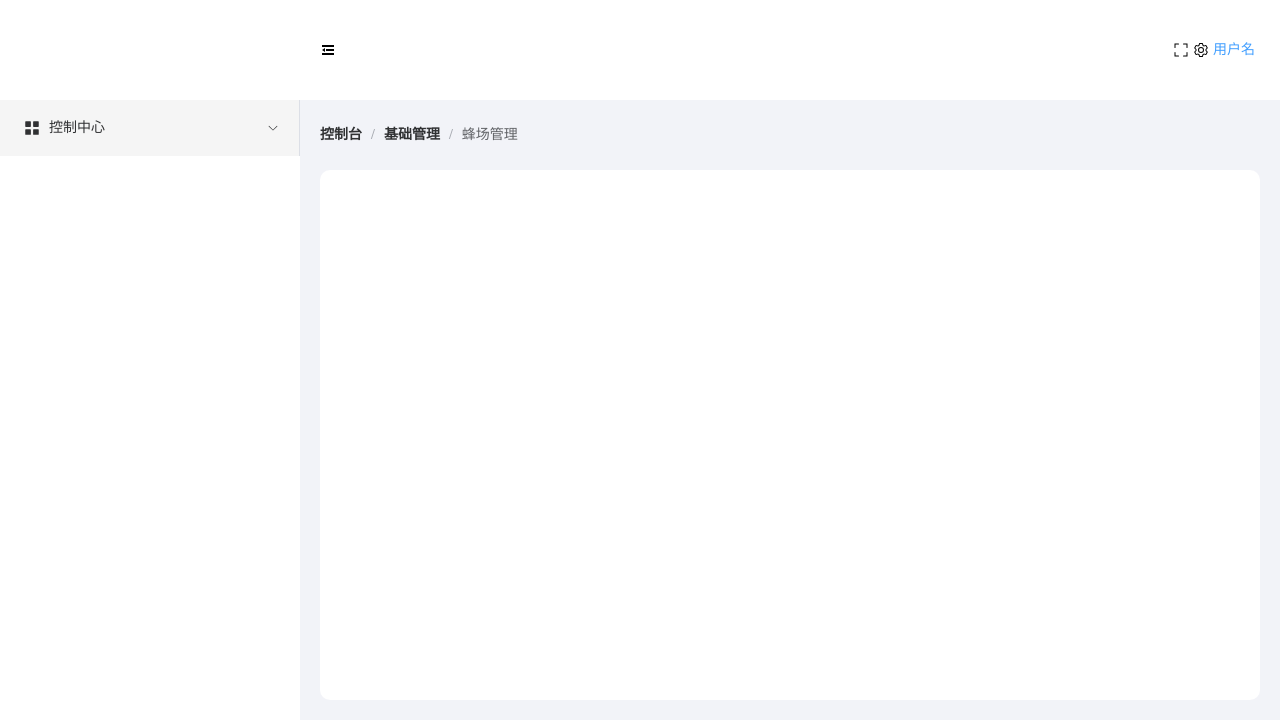
Repository: secret47/test-office-demo
Page: /dashboard
An editor plug-in stored every save of this project. The page is shown before and after the next save, followed by the edit.
The browser window is 1280 px wide. The pictures show the whole page.
The project was rebuilt for these pictures with package versions that can differ from the ones it lists, and the page was loaded fresh each time. Also part of the build but not shown: vite.config.js.

Above is the page before, as saved 2024-10-31 16:03:15.

### src/main.js
import { createApp } from 'vue'
import '@/style/main.scss'
import App from './App.vue'
import router from './router'

import lang from "./local"

import { pinia } from "./store"

import ElementPlus from "element-plus";
import 'element-plus/dist/index.css'
import * as ElementPlusIconsVue from '@element-plus/icons-vue'

const app = createApp(App);

for (const [key, component] of Object.entries(ElementPlusIconsVue)) {
    app.component(key, component)
}

app.use(lang)
app.use(ElementPlus)
app.use(router)
app.use(pinia)
app.mount('#app')

### src/style/main.scss
* {
    padding: 0;
    margin: 0;
}

html,
body {
    width: 100%;
    height: 100%;
    background: #ffffff;
}

#app {
    width: 100%;
    height: 100%;
}

.main-container {
    width: 100%;
    height: 100%;
}

//顶部搜索
.searchBox {
    width: calc(95% - 30px);
    height: 70px;
    margin: 0 auto;
    padding: 15px;
    display: flex;
    flex-direction: column;
    justify-content: center;

    .new {
        width: 130px;
    }
    .item{
        width:350px;
    }
}

.list {
    width: 95%;
    height: calc(100% - 100px);
    margin: 0 auto;

    .tables {
        width: 100%;
        height: calc(100% - 50px);
    }

    .pages {
        width: 100%;
        height: 50px;
        display: flex;
        flex-direction: column;
        justify-content: center;

    }
}

### src/App.vue
<template>
  <!-- <div> -->
    <router-view />
  <!-- </div> -->
</template>

### src/router/index.js
import { createRouter, createWebHistory } from 'vue-router'
import layouts from "../layouts/index.vue"

const routes = [
    {
        path: '/login',
        name: 'Login',
        component: () => import('@/views/login.vue'),
    },
    // 其他路由...
    {
        path: "/dashboard",
        name: "Dashboard",
        component: layouts,
        meta: {
            title: "控制中心"
        },
        children: [
            {
                path: "basic",
                name: "Basic",
                meta: {
                    title: "基础管理"
                },
                component: () => import("@/views/dashboard/basic/index.vue"),
                children: [
                    {
                        path: "farm",
                        name: "farm",
                        meta: {
                            title: "蜂场管理"
                        },
                        component: () => import("@/views/dashboard/basic/farm/index.vue"),
                    }
                ]

            },
            {
                path: "adopt",
                name: "Adopt",
                meta: {
                    title: "认养管理"
                },
                component: () => import("@/views/dashboard/adopt/index.vue"),
                children: [
                    {
                        path: "price",
                        name: "Price",
                        meta: {
                            title: "价格管理"
                        },
                        component: () => import("@/views/dashboard/adopt/price/index.vue"),
                    }
                ]
            },
            {
                path:"order",
                name: "Order",
                meta:{
                    title: "订单管理"
                },
                component: () => import("@/views/dashboard/order/index.vue"),
                children:[
                    {
                        path: "list",
                        name: "OrderList",
                        meta: {
                            title: "订单列表"
                        },
                        component: () => import("@/views/dashboard/order/list/index.vue"),
                    }
                ]
            },
            {
                path: "user",
                name: "User",
                meta: {
                    title: "用户管理"
                },
                component: () => import("@/views/dashboard/user/index.vue"),
            },

        ]
    }
]

const router = createRouter({
    history: createWebHistory(),
    routes
})

export default router

### src/local/index.js
import { createI18n } from "vue-i18n";

import message from "./language"
const i18n = createI18n({
    locale: "zh",
    fallbackLocale: "zh",
    messages: message
})

export default i18n;

### src/store/index.js
import { createPinia } from "pinia";
import { useAppStore } from "./module/app";

const pinia = createPinia();
const appStore = useAppStore(pinia);


export {
    pinia,
    appStore
}

### src/layouts/index.vue
<template>
    <div class="layout">
        <el-container>
            <el-aside class="side">
                <div class="logo"></div>
                <MenuComponent/>
            </el-aside>
            <el-container class="container">
                <el-header>
                    <HeaderComponent></HeaderComponent>
                </el-header>
                <el-main>
                    <div class="bread">
                        <el-breadcrumb separator="/">
                            <el-breadcrumb-item :to="{ path: '/' }">控制台</el-breadcrumb-item>
                            <el-breadcrumb-item><a href="/">基础管理</a></el-breadcrumb-item>
                            <el-breadcrumb-item>蜂场管理</el-breadcrumb-item>
                        </el-breadcrumb>
                    </div>
                    <div class="main">
                        <router-view></router-view>
                    </div>
                </el-main>
            </el-container>
        </el-container>
    </div>
</template>

<script setup>
import MenuComponent from "./components/menu.vue"
import HeaderComponent from "./components/header.vue"
import { ref } from 'vue';
const isCollapse = ref(false);

const menuRef = ref(null);
const toggleCollapse = () => {
    isCollapse.value = !isCollapse.value;
};
</script>

<style lang="scss" scoped>
.layout {
    width: 100%;
    height: 100%;

    .el-container {
        width: 100%;
        height: 100%;
    }

    .side {
        height: 100%;
        transition: width 0.3s;
        .logo {
            width: 100%;
            height: 100px;
        }
    }

    .container {
        height: 100%;

        .el-header {
            width: 100%;
            height: 100px;
            background: #ffffff;
        }

        .el-main {
            background: #F2F3F8;
            padding-top: 0;
            .bread {
                width: 100%;
                height: 70px;
                display: flex;
                flex-direction: column;
                justify-content: center;
            }

            .main {
                width: 100%;
                height: calc(100% - 70px);
                background: #ffffff;
                border-radius: 10px;
            }
        }
    }
}
</style>

### src/local/language/index.js
import zh from "./zh"
import en from "./en"

export default {
    ...en,
    ...zh
}

### src/store/module/app.js
import { defineStore } from "pinia"

export const useAppStore = defineStore('app',{
    state:()=>({
        isMenuCollapsed: false,
        sidebarWidth:300
    }),
    actions:{
        toggleMenu(){

            this.isMenuCollapsed = !this.isMenuCollapsed
            if(this.isMenuCollapsed){
                console.log("收缩")
                this.sidebarWidth = 60
            }else{
                console.log("展开")
                this.sidebarWidth = 300;
            }
        }
    }
})

### src/layouts/components/menu.vue
<template>
    <el-menu class="menu" :collapse="appStore.isMenuCollapsed" :style="{ width: appStore.sidebarWidth + 'px' }">
        <!-- 遍历一级路由，筛选出有子路由且meta中有title的路由作为侧边栏一级菜单 -->
        <el-sub-menu :index="item.name" v-for="(item, index) in filteredRoutes" :key="item.name">
            <template #title>
                <MenuTitle :text="item.meta.title" />
            </template>
            <!-- 遍历一级路由的子路由，作为侧边栏二级菜单 -->
            <el-menu-item :index="subItem.name" v-for="(subItem, subIndex) in item.children" :key="subItem.name">
                <template #title>
                    <MenuTitle :text="subItem.meta.title" />
                </template>
            </el-menu-item>
        </el-sub-menu>
    </el-menu>
</template>

<script setup>
import { ref } from "vue";
import { useAppStore } from '@/store/module/app';
import MenuTitle from './MenuTitle.vue';
import { useRouter, useRoute } from 'vue-router';

const appStore = useAppStore();
const router = useRouter();

// 筛选出需要在侧边栏显示的一级路由（有子路由且meta中有title）
const filteredRoutes = ref(router.options.routes.filter(route => route.children && route.children.length > 0 && route.meta && route.meta.title));

console.log(router.options);
</script>

<style lang="scss" scoped>
.menu {
    background-color: #f5f5f5;
    transition: width 0.3s ease;
}

.menu.collapsed {
    border-right: 0;
    justify-content: center;
}
</style>

### src/layouts/components/header.vue
<template>
    <div class="header">
        <div class="collapseIcon">
            <el-icon style="cursor: pointer;" @click="toggleMenu">
                <Expand v-if="appStore.isMenuCollapsed" />
                <Fold v-else />

            </el-icon>
        </div>
        <div class="user">
            <el-icon>
                <FullScreen />
            </el-icon>
            &nbsp;
            <el-icon>
                <Setting />
            </el-icon>
            &nbsp;
            <el-dropdown trigger="click" @command="handleCommand">
                <span class="el-dropdown-link">
                    <i class="el-icon-user"></i>
                    {{ username }}
                    <i class="el-icon-arrow-down el-icon--right"></i>
                </span>
                <template #dropdown>
                    <el-dropdown-menu>
                        <el-dropdown-item command="userCenter">个人中心</el-dropdown-item>
                        <el-dropdown-item command="logout">退出登录</el-dropdown-item>
                    </el-dropdown-menu>
                </template>
            </el-dropdown>

        </div>
    </div>
</template>

<script setup>
import { ref } from 'vue';
import { ElMessage } from 'element-plus';
import { useAppStore } from '@/store/module/app';


const username = ref('用户名'); // 这里应该从后端获取真实的用户名

const appStore = useAppStore();


const toggleMenu = () => {
    console.log(appStore, "---")
    appStore.toggleMenu();
};

const handleCommand = (command) => {
    if (command === 'logout') {
        // 执行退出操作
        ElMessage.success('退出成功');
        // 这里可以添加跳转到登录页面的逻辑
    } else if (command === 'userCenter') {
        // 跳转到个人中心页面
        ElMessage.info('跳转到个人中心');
        // 这里可以添加跳转逻辑
    }
};
</script>

<style lang="scss" scoped>
.header {
    display: flex;
}

.el-dropdown-link {
    cursor: pointer;
    color: #409EFF;
}


.collapseIcon {
    width: 100px;
    height: 100px;
    display: flex;
    // justify-content: center;
    /* 水平居中 */
    align-items: center;
    /* 垂直居中 */
}

.user {
    margin-left: auto;
    display: flex;
    /* 水平居中 */
    align-items: center;
}
</style>

### src/local/language/zh.js
export default{
    zh:{
        title:"后台管理系统",
        login:"登录",
        username:"用户名",
        password:"密码",
        remember:"记住密码",
        forget:"忘记密码",
        save:"保存",
        confirm:"确定",
        cancel:"取消",
        delete:"删除",
        show:"查看",
        open:"打开",
        usernameRull:"请输入用户名",
        passwordRull:"请输入密码"
    }
}

### src/local/language/en.js
export default {
    en: {
        title: "system management",
        usernameRull: "Please enter your username",
        passwordRull: "Please enter your password"
    }
}

### src/layouts/components/MenuTitle.vue
<template>
    <span class="menu-title">
        <el-icon class="menu-icon"><icon-menu /></el-icon>
        <span v-if="!isCollapsed">{{ text }}</span>
    </span>
</template>

<script setup>
import { Menu as IconMenu } from '@element-plus/icons-vue';
import { useAppStore } from '@/store/module/app';
import { computed } from "vue"


const { isMenuCollapsed } = useAppStore();
const props = defineProps({
    text: {
        type: String,
        required: true
    }
});

const isCollapsed = computed(() => isMenuCollapsed.value);
</script>

<style scoped>
.menu-title {
    display: flex;
    align-items: center;
}

.menu-icon {
    min-width: 20px;
    /* 根据图标实际大小调整，确保收缩时图标能完整显示 */
    margin-right: 5px;
    /* 图标与文字之间的间距，可根据需求调整 */
}

/* 侧边栏收缩时的样式调整 */
.menu-title.collapsed {
    justify-content: center;
    /* 让图标在收缩状态下水平居中 */
}
</style>

Loaded but not shown: index.html (common file)

After the next save:
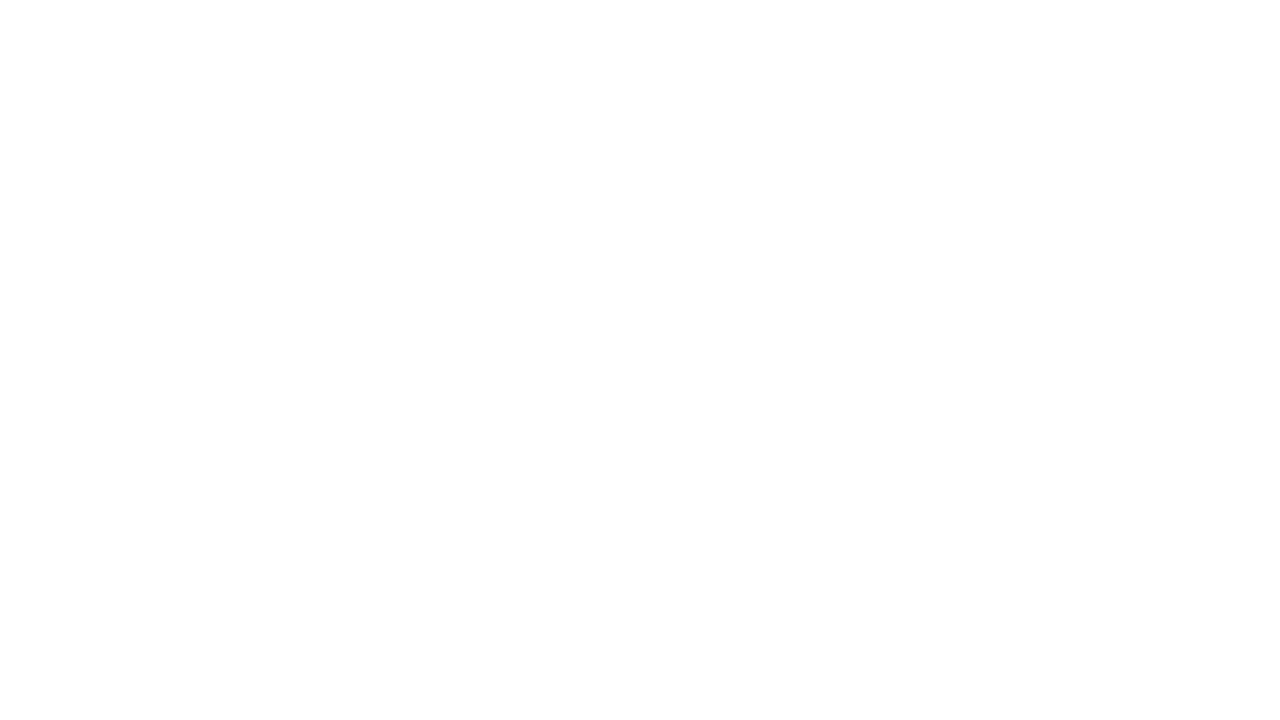
Console error: ReferenceError: computed is not defined
Saved 2 s later.
--- a/src/layouts/components/MenuTitle.vue
+++ b/src/layouts/components/MenuTitle.vue
@@ -8,8 +8,6 @@
 <script setup>
 import { Menu as IconMenu } from '@element-plus/icons-vue';
 import { useAppStore } from '@/store/module/app';
-import { computed } from "vue"
-
 
 const { isMenuCollapsed } = useAppStore();
 const props = defineProps({
@@ -30,14 +28,10 @@
 
 .menu-icon {
     min-width: 20px;
-    /* 根据图标实际大小调整，确保收缩时图标能完整显示 */
     margin-right: 5px;
-    /* 图标与文字之间的间距，可根据需求调整 */
 }
 
-/* 侧边栏收缩时的样式调整 */
 .menu-title.collapsed {
     justify-content: center;
-    /* 让图标在收缩状态下水平居中 */
 }
 </style>

After the save that followed:
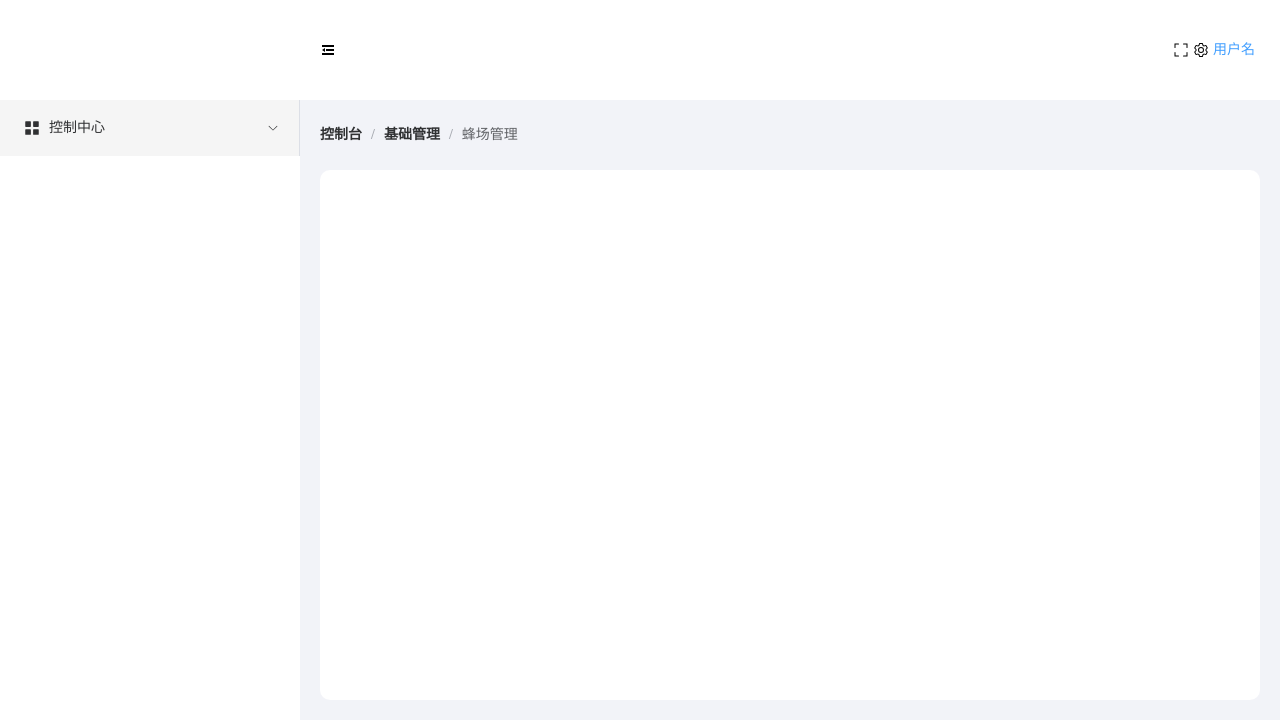
The error is gone.
Saved 12 s later.
--- a/src/layouts/components/MenuTitle.vue
+++ b/src/layouts/components/MenuTitle.vue
@@ -6,6 +6,7 @@
 </template>
 
 <script setup>
+import { computed } from 'vue';
 import { Menu as IconMenu } from '@element-plus/icons-vue';
 import { useAppStore } from '@/store/module/app';
 
